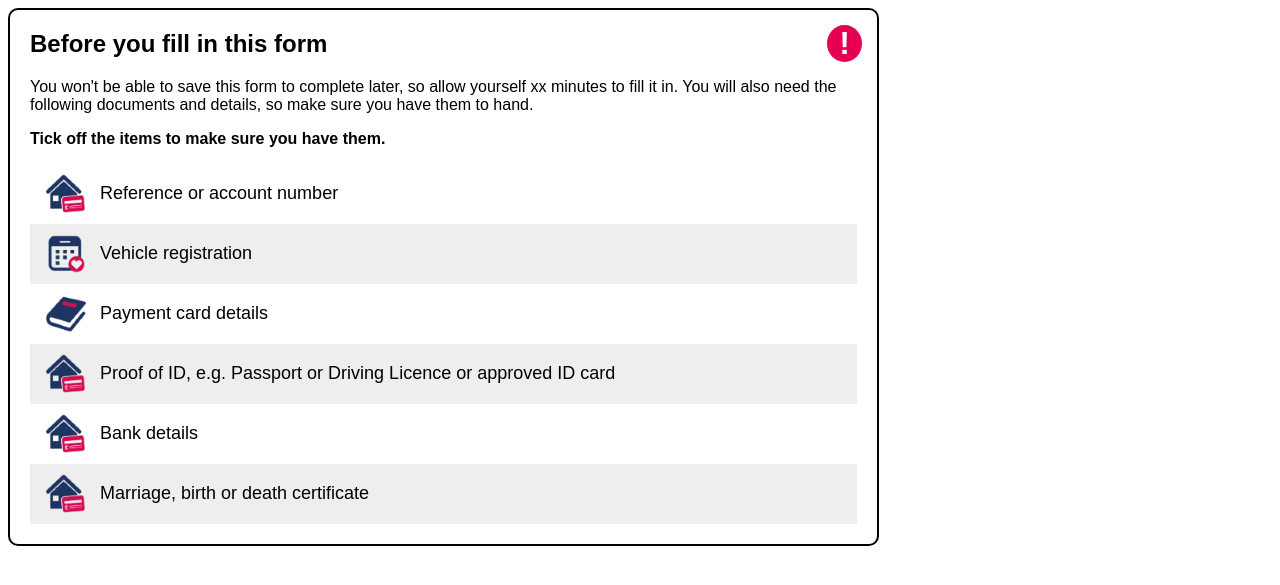
Repository: DigitalExperienceTeam/formchecklist
Page: index.html
The author's editor kept a record of every edit. The page is drawn from the files as they stood at one moment, then again after the next edit.
The browser window is 1280 px wide. The pictures show the whole page.

Above is the page before.

After the next edit:
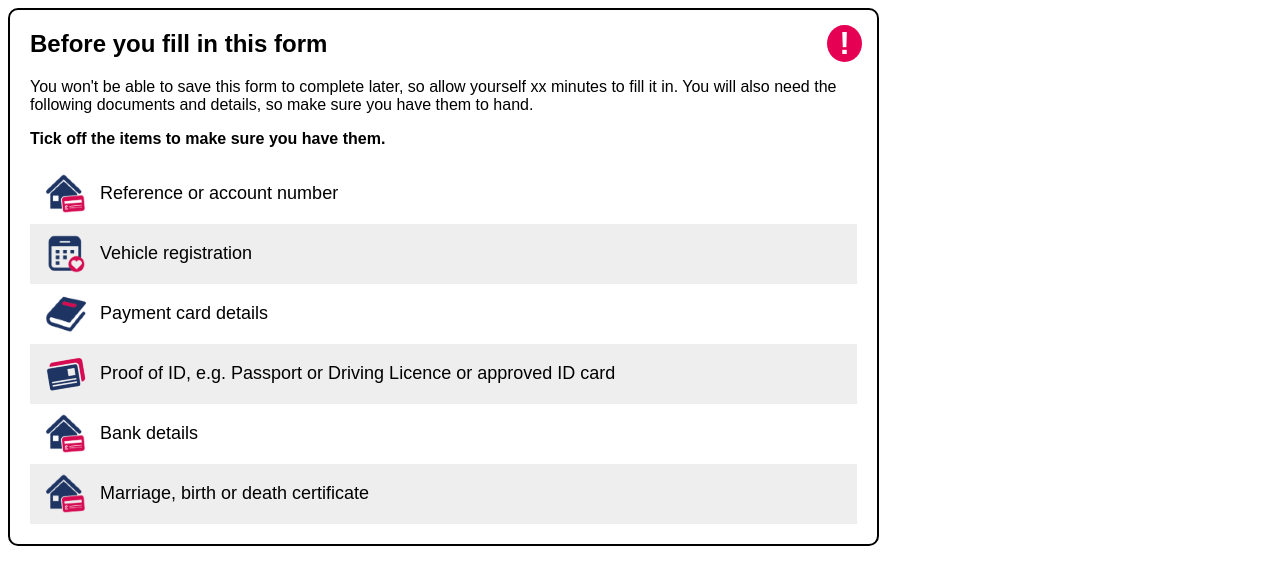
The edit:
--- a/style.css
+++ b/style.css
@@ -89,7 +89,7 @@
 }
 
 .proof::before {
- content: url("Taxsmall.png");
+ content: url("Licensing.png");
 }
 
 .bank::before {
